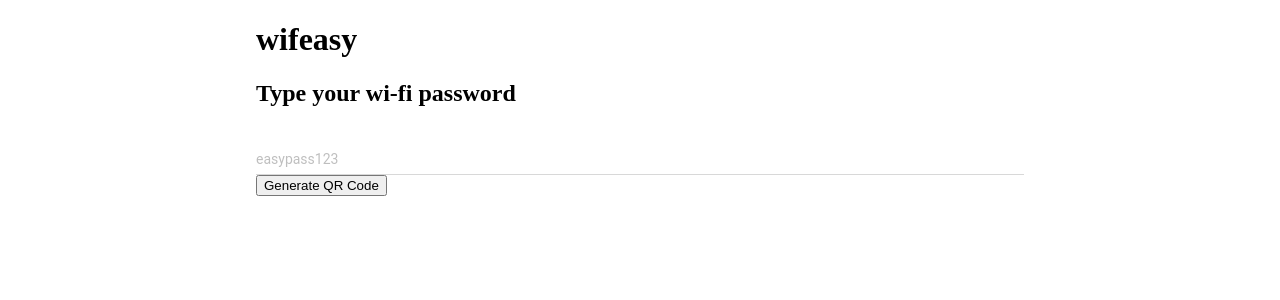
Repository: akagabi/wifeasy
Page: index.html
The author's editor kept a copy of each file at every save. The page is drawn from the files as they stood at one save, then again after the next save.
The browser window is 1280 px wide. The pictures show the whole page.

Above is the page before, as saved 2018-12-25 12:43:50.

After the next save:
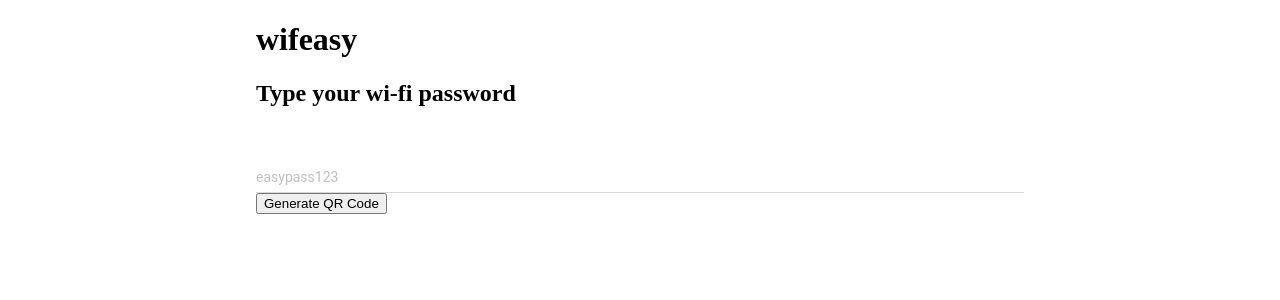
Saved 10 s later.
--- a/style.css
+++ b/style.css
@@ -12,7 +12,7 @@
     background-color: transparent;
     border: 0;
     color: #333333;
-    font-size: 16px;
+    font-size: 32px;
     line-height: 1.13;
     margin-top: 23px;
     outline: none;
